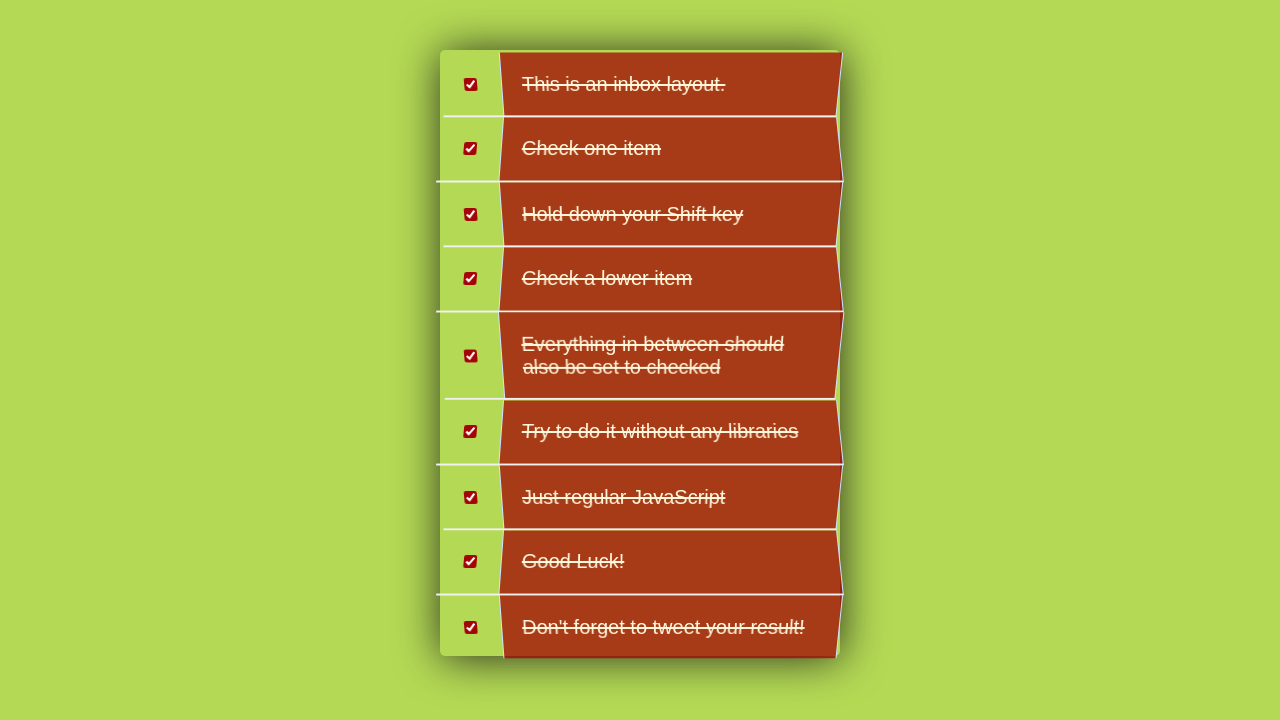
Repository: Freezler/Shift-Select-Checkboxes
Page: index.html
The author's editor kept a copy of each file at every save. The page is drawn from the files as they stood at one save, then again after the next save.
The browser window is 1280 px wide. The pictures show the whole page.
After loading, the first visible `input` was clicked once.

Above is the page before, as saved 2024-09-07 21:49:50.

### index.html
<!DOCTYPE html>
<html lang="en">

<head>
  <meta charset="UTF-8">
  <title>Hold Shift to Check Multiple Checkboxes</title>
  <link rel="icon" href="https://fav.farm/🔥" />
</head>

<body>
  <style>
    html {
      font-family: sans-serif;
      font-weight: 500;
      background: rgb(180, 218, 85);
    }

    .inbox {
      max-width: 400px;
      margin: 50px auto;

      border-radius: 5px;
      box-shadow: 1px 2px 44px rgba(32, 35, 24, 0.947);
    }

    .item {
      display: flex;

      border-bottom: 2px solid #F1F1F1;
    }

    .item:last-child {
      border-bottom: 0;
    }

    input:checked+p {
      background: #F9F9F9;
      text-decoration: line-through;
    }

    input[type="checkbox"] {
      margin: 24px;

    }

    input:checked+p {
      background: #a30404bd;
      text-decoration: line-through;
      color: cornsilk
    }

    input:checked {
      accent-color: #a30404bd;
    }

    .inbox .item:nth-child(even) {
      transform: perspective(100px) rotateX(3deg) translateY(2px) scale(1.001);

    }

    .inbox .item:nth-child(odd) {
      transform: perspective(100px) rotateX(-3deg) translateY(3px);

    }

    .item:nth-child(even) {
      transform: perspective(100px) rotateX(-3deg) translateY(3px);

    }

    p {
      margin: 0;
      padding: 20px;
      transition: background 0.2s;
      flex: 1;

      font-size: 20px;
      font-weight: 200;
      border-inline: 1px solid #D1E2FF;
    }
  </style>
  <!--  The following is a common layout you would see in an email client.
        When a user clicks a checkbox, holds Shift, and then clicks another checkbox a few rows down, all the checkboxes in between those two checkboxes should be checked.

  -->
  <div class="inbox">
    <div class="item">
      <input type="checkbox">
      <p>This is an inbox layout.</p>
    </div>
    <div class="item">
      <input type="checkbox">
      <p>Check one item</p>
    </div>
    <div class="item">
      <input type="checkbox">
      <p>Hold down your Shift key</p>
    </div>
    <div class="item">
      <input type="checkbox">
      <p>Check a lower item</p>
    </div>
    <div class="item">
      <input type="checkbox">
      <p>Everything in between should also be set to checked</p>
    </div>
    <div class="item">
      <input type="checkbox">
      <p>Try to do it without any libraries</p>
    </div>
    <div class="item">
      <input type="checkbox">
      <p>Just regular JavaScript</p>
    </div>
    <div class="item">
      <input type="checkbox">
      <p>Good Luck!</p>
    </div>
    <div class="item">
      <input type="checkbox">
      <p>Don't forget to tweet your result!</p>
    </div>
  </div>

  <script>
    const checkboxes = document.querySelectorAll('.inbox input[type="checkbox"]');

    checkboxes.forEach(checkbox => checkbox.addEventListener('click', handleCheck))

    let lastChecked;

    function handleCheck(e) {
      // check for shift-press && checked
      let inBetween = false;
      // loop over every single checkbox
      for (checkbox of checkboxes) {

        if (checkbox === this || checkbox === lastChecked) {
          inBetween = !inBetween;
        }
        if (inBetween) {
          checkbox.checked = true;
        }
        console.log(checkbox)
      }

      if (e.shiftKey && this.checked) {
        console.log("haha it's clicked with shift down AND checked!")
      }
      if (e.shiftKey && !this.checked) {
        console.log("haha it's clicked with shift down but not checked!")
      }
      lastChecked = this;
    }

  </script>
</body>

</html>

After the next save:
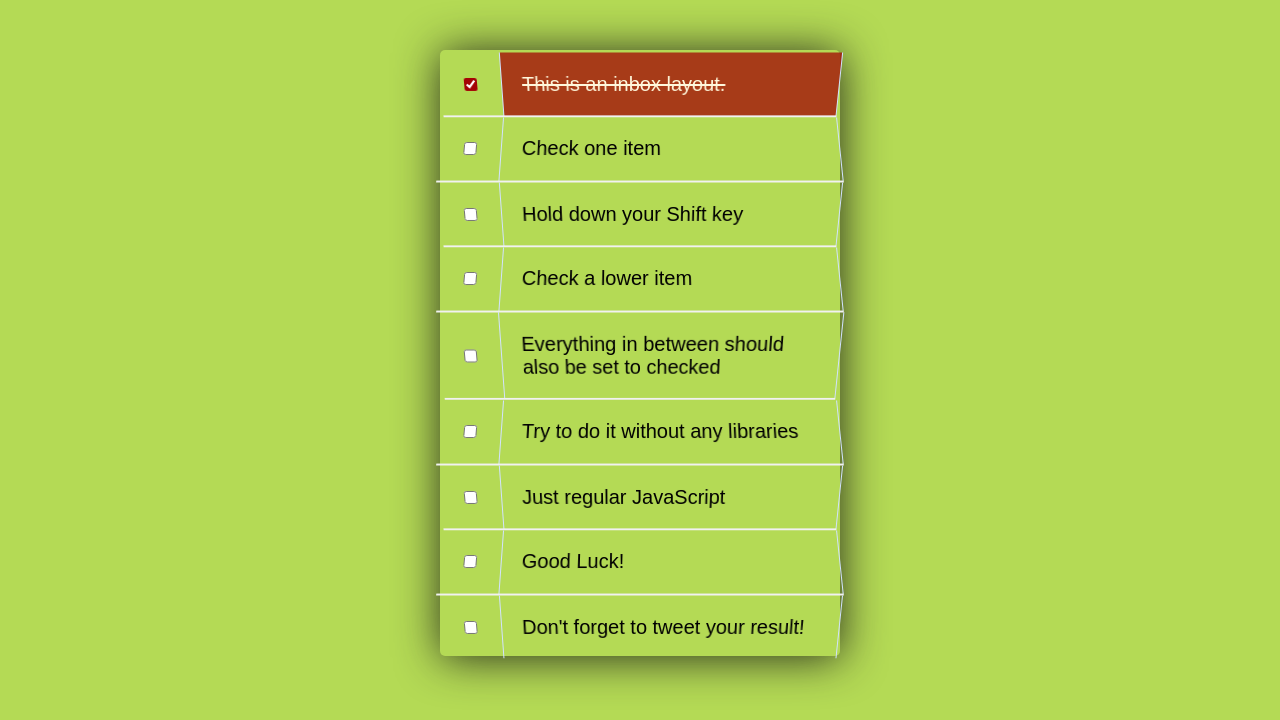
Saved 68 s later.
--- a/index.html
+++ b/index.html
@@ -133,15 +133,15 @@
       // check for shift-press && checked
       let inBetween = false;
       // loop over every single checkbox
-      for (checkbox of checkboxes) {
-
-        if (checkbox === this || checkbox === lastChecked) {
-          inBetween = !inBetween;
-        }
-        if (inBetween) {
-          checkbox.checked = true;
-        }
-        console.log(checkbox)
+      if (e.shiftKey && this.checked) {
+        checkboxes.forEach(checkbox => {
+          if (checkbox === this || checkbox === lastChecked) {
+            inBetween = !inBetween
+          }
+          if (inBetween) {
+            checkbox.checked = true
+          }
+        })
       }
 
       if (e.shiftKey && this.checked) {
